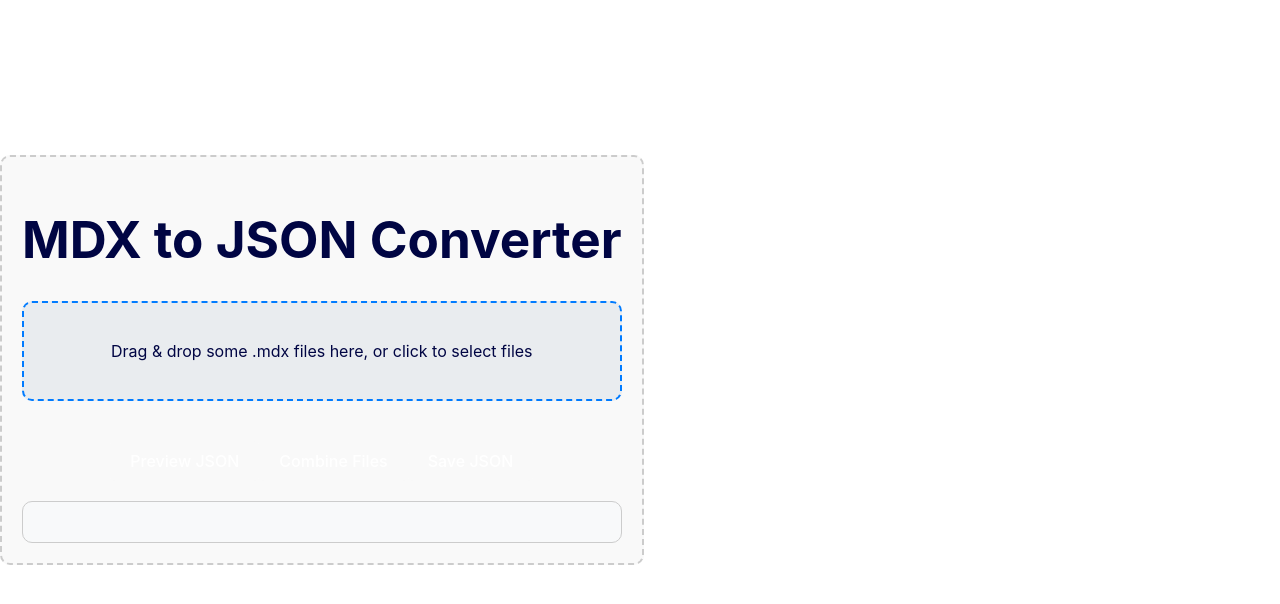
Repository: LayerDynamics/mdx-to-json
Page: /
These files come from the project's save history. The page is drawn as it stood at one moment and after the next save; the edit follows.
The browser window is 1280 px wide. The pictures show the whole page.
The project was rebuilt for these pictures with package versions that can differ from the ones it lists, and the page was loaded fresh each time. Also part of the build but not shown: vite.config.ts.

Above is the page before, as saved 2024-08-20 08:02:14.

After the next save:
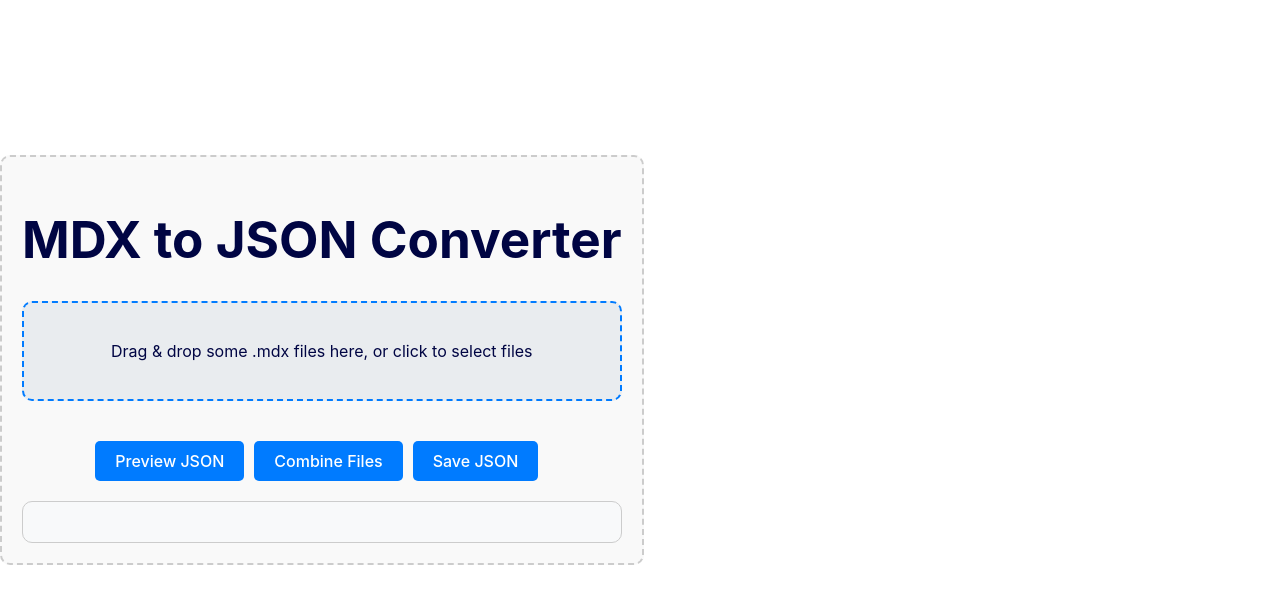
Saved 4 s later.
--- a/src/styles.ts
+++ b/src/styles.ts
@@ -15,7 +15,7 @@ export const Container = styled.div`
 export const UploadButton = styled.button`
     padding: 10px 20px;
     margin-top: 20px;
-    margin-right:
+    margin-right: 10px;
     background-color: #007bff;
     color: white;
     border: none;
